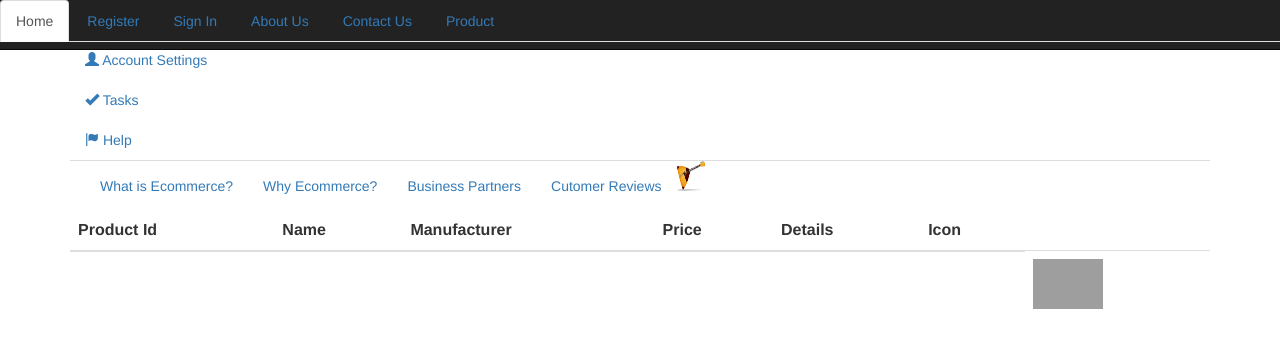
Repository: aradhana15/myFinalRepository
Page: http://localhost/music/WEB-INF/views/productDesc.jsp
An editor plug-in stored every save of this project. The page is shown before and after the next save, followed by the edit.
The browser window is 1280 px wide. The pictures show the whole page.
The page is served by Tomcat 9. Nobody is signed in. The template is opened directly, without the code that normally fills it, so the values that code supplies are empty.

Above is the page before, as saved 2016-04-23 12:25:24.
Console error (its wording comes from the project's code and is left out).

After the next save:
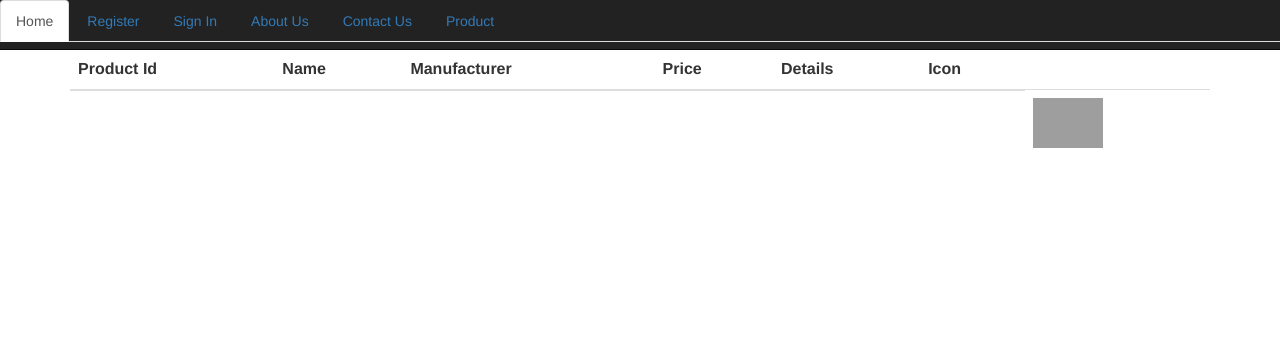
Saved 55 s later.
--- a/wwf/music/src/main/webapp/WEB-INF/views/header.jsp
+++ b/wwf/music/src/main/webapp/WEB-INF/views/header.jsp
@@ -10,14 +10,14 @@
 
 <div class="container">
 
-<div class="profile-usermenu">
+<!-- <div class="profile-usermenu">
 <div class="nav nav-tabs">
-          <!-- <button type="button" class="navbar-toggle" data-toggle="collapse" data-target=".navbar-collapse">
+          <button type="button" class="navbar-toggle" data-toggle="collapse" data-target=".navbar-collapse">
             <span class="sr-only">Toggle navigation</span>
             <span class="icon-bar"></span>
             <span class="icon-bar"></span>
             <span class="icon-bar"></span>
-          </button> -->
+          </button>
                                 <ul class="nav">
                                     <li class="active">
                                         <a href="#">
@@ -37,7 +37,7 @@
                                     </li>
                                 </ul>
                             </div>
-   <!-- <div class="nav nav-pills">
+ -->   <!-- <div class="nav nav-pills">
           <button type="button" class="navbar-toggle" data-toggle="collapse" data-target=".navbar-collapse">
             <span class="sr-only">Toggle navigation</span>
             <span class="icon-bar"></span>
